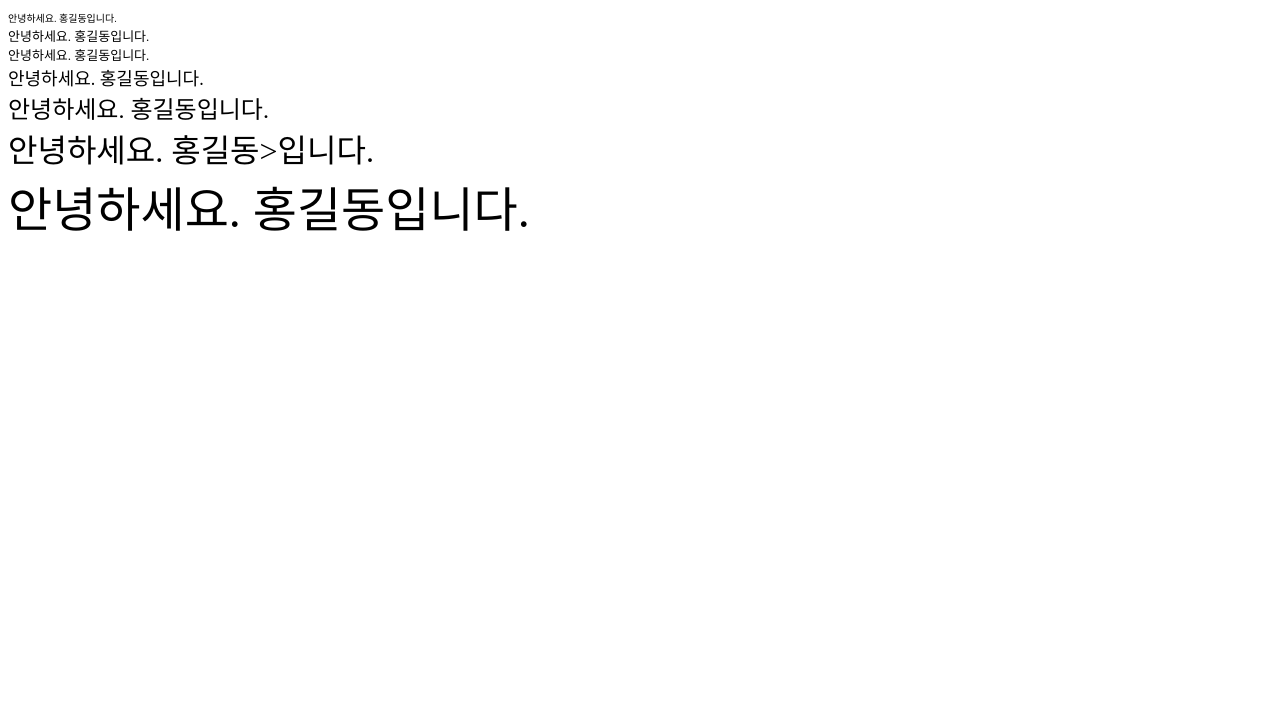
Repository: donggri1/WORKSPACE
Page: WebClass/webPro/src/main/webapp/html/days02/ex07.html
The author's editor kept a copy of each file at every save. The page is drawn from the files as they stood at one save, then again after the next save.
The browser window is 1280 px wide. The pictures show the whole page.

Above is the page before, as saved 2024-03-25 05:32:36.

### WebClass/webPro/src/main/webapp/html/days02/ex07.html
<!DOCTYPE html>
<html>
<head>
<meta charset="UTF-8">
<title>Insert title here</title>
</head>
<body>


<!-- html 글꼴,글크기(size속성 1~7),글색상 : font,  -->

<font size="1">안녕하세요. 홍길동입니다.</font><br>
<font size="2">안녕하세요. 홍길동입니다.</font><br>
<font size="-1">안녕하세요. 홍길동입니다.</font><br>
<font size="4">안녕하세요. 홍길동입니다.</font><br>
<font size="5" face =" 궁서체">안녕하세요. 홍길동입니다.</font><br>
<font size="6">안녕하세요. 홍길동<font clor = "red">>입니다.</font><br>
<font size="7">안녕하세요. 홍길동입니다.</font><br>

</body>
</html>

After the next save:
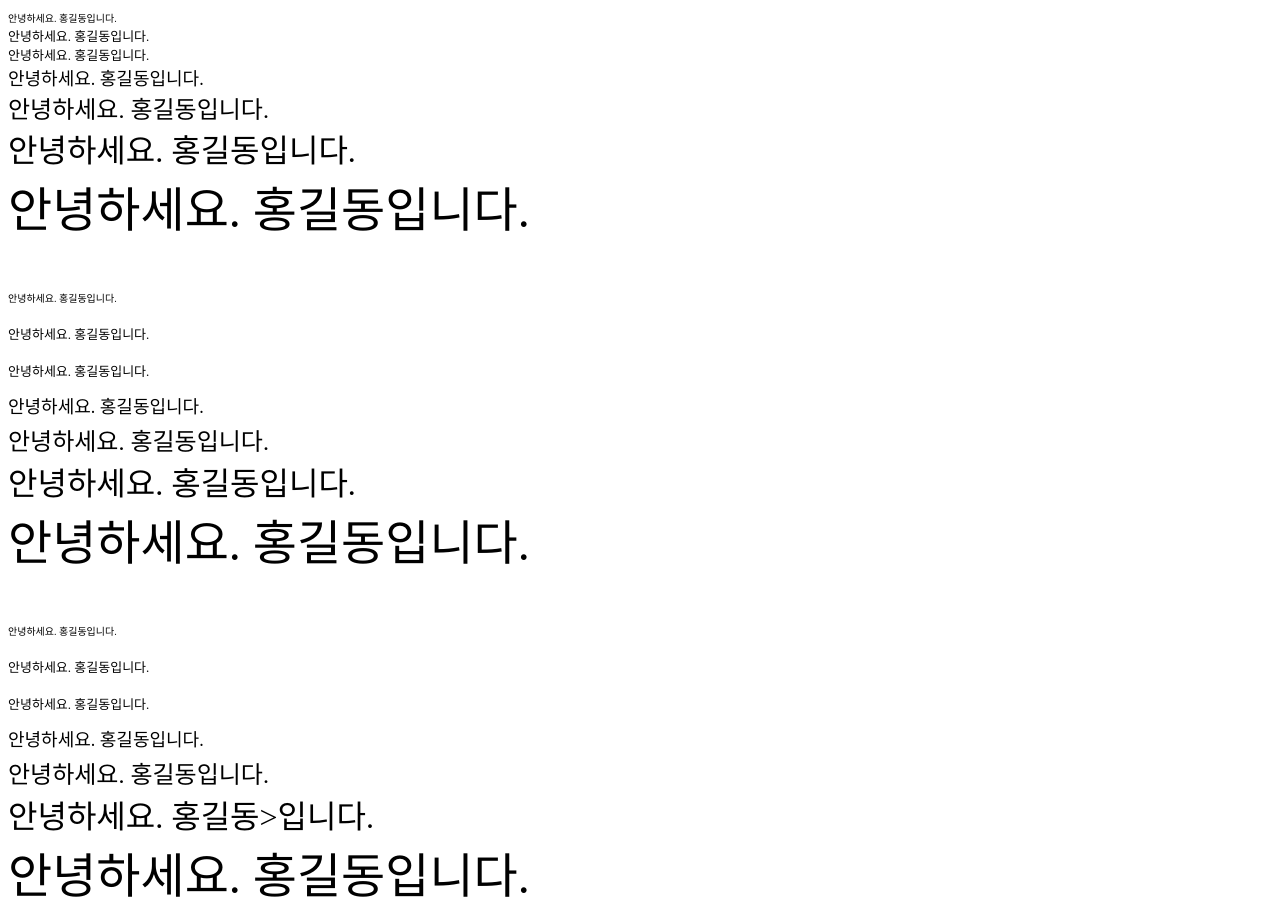
Saved 1 s later.
--- a/WebClass/webPro/src/main/webapp/html/days02/ex07.html
+++ b/WebClass/webPro/src/main/webapp/html/days02/ex07.html
@@ -3,6 +3,16 @@
 <head>
 <meta charset="UTF-8">
 <title>Insert title here</title>
+<style>
+csss 스타일적용
+	p{
+		font-size:20px;
+		font-familey :궁서체;
+		color: red
+
+	}
+</style>
+
 </head>
 <body>
 
@@ -14,8 +24,35 @@
 <font size="-1">안녕하세요. 홍길동입니다.</font><br>
 <font size="4">안녕하세요. 홍길동입니다.</font><br>
 <font size="5" face =" 궁서체">안녕하세요. 홍길동입니다.</font><br>
+<font size="6">안녕하세요. 홍길동<font clor = "red">입니다.</font><br>
+<font size="7">안녕하세요. 홍길동입니다.</font><br>
+
+<p>
+<font size="1">안녕하세요. 홍길동입니다.</font><br>
+<font size="2">안녕하세요. 홍길동입니다.</font><br>
+<font size="-1">안녕하세요. 홍길동입니다.</font><br>
+<font size="4">안녕하세요. 홍길동입니다.</font><br>
+<font size="5" face =" 궁서체">안녕하세요. 홍길동입니다.</font><br>
+<font size="6">안녕하세요. 홍길동<font clor = "red">입니다.</font><br>
+<font size="7">안녕하세요. 홍길동입니다.</font><br>
+
+</p>
+
+
+<font size="1">안녕하세요. 홍길동입니다.</font><br>
+<font size="2">안녕하세요. 홍길동입니다.</font><br>
+<font size="-1">안녕하세요. 홍길동입니다.</font><br>
+<font size="4">안녕하세요. 홍길동입니다.</font><br>
+<font size="5" face =" 궁서체">안녕하세요. 홍길동입니다.</font><br>
 <font size="6">안녕하세요. 홍길동<font clor = "red">>입니다.</font><br>
 <font size="7">안녕하세요. 홍길동입니다.</font><br>
 
+
+
+
+
+
+
+
 </body>
 </html>
